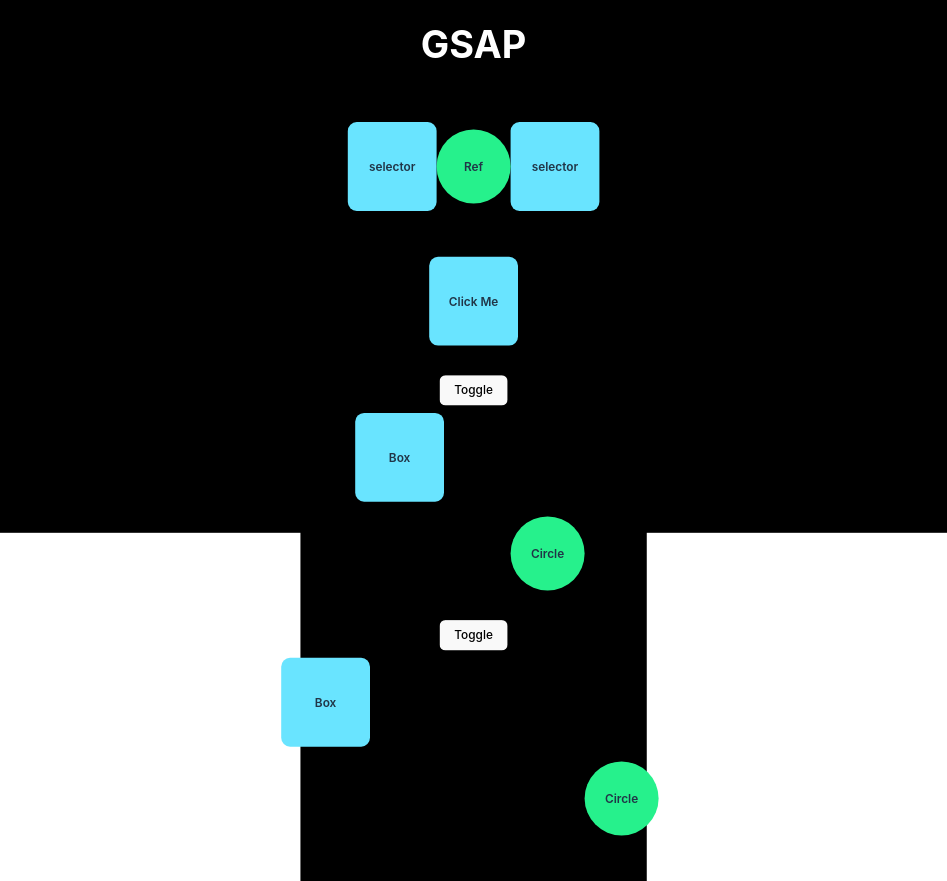
Repository: s-babaeizadeh/gsap-animation-examples
Page: /
An editor plug-in stored every save of this project. The page is shown before and after the next save, followed by the edit.
The browser window is 1280 px wide. The pictures show the whole page, at 74% of full size.
The project was rebuilt for these pictures with package versions that can differ from the ones it lists, and the page was loaded fresh each time. Also part of the build but not shown: vite.config.js.

Above is the page before, as saved 2024-09-10 20:29:34.

After the next save:
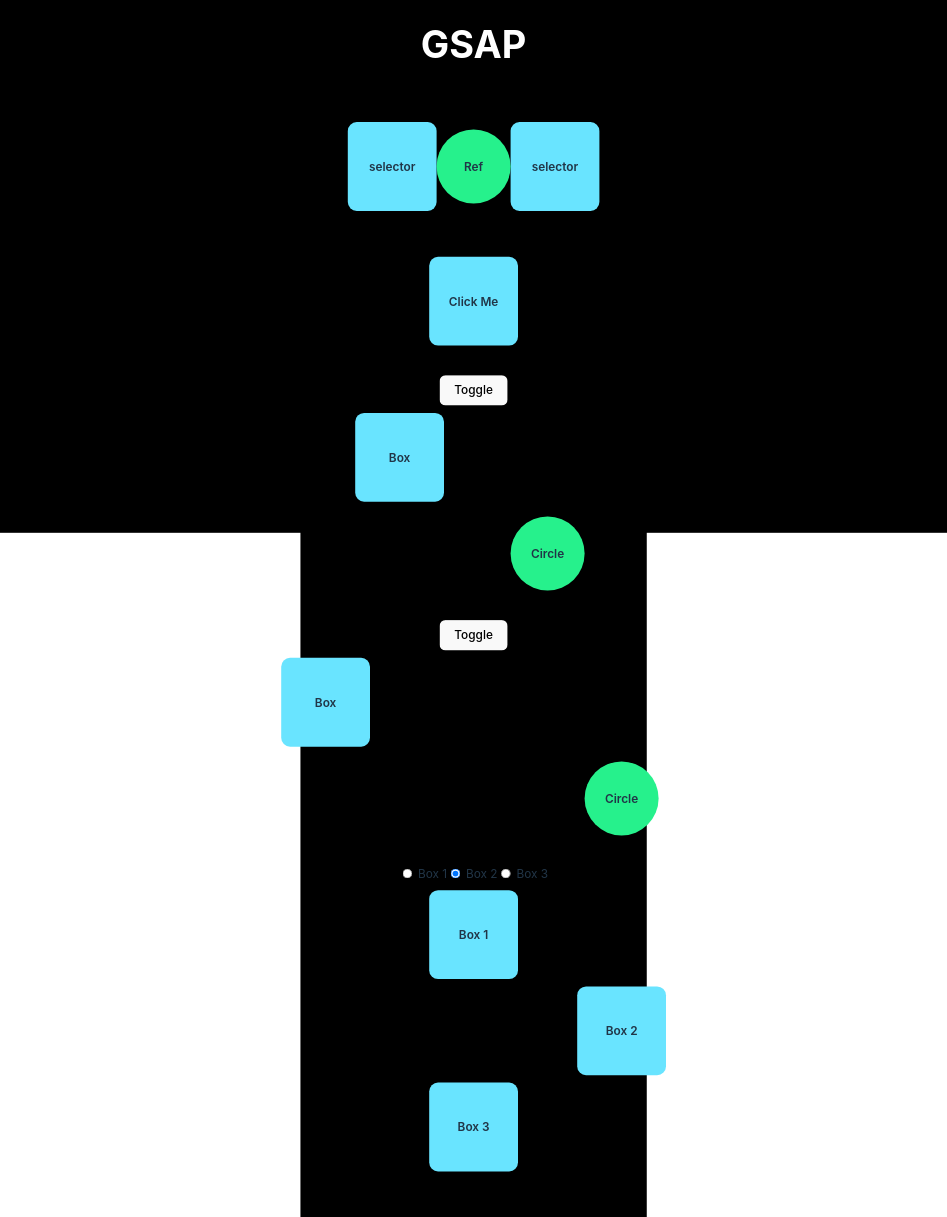
Saved 14 s later.
--- a/src/App.jsx
+++ b/src/App.jsx
@@ -4,6 +4,7 @@
 import AnimatingInteraction from "./components/AnimatingInteraction/AnimatingInteraction";
 import Example1 from "./components/AdvanceedAnimation/Example1";
 import Example2 from "./components/AdvanceedAnimation/Example2";
+import Example3 from "./components/AdvanceedAnimation/Example3";
 
 const App = () => {
   return (
@@ -14,6 +15,7 @@
         <AnimatingInteraction />
         <Example1 />
         <Example2 />
+        <Example3 />
       </div>
     </div>
   );
